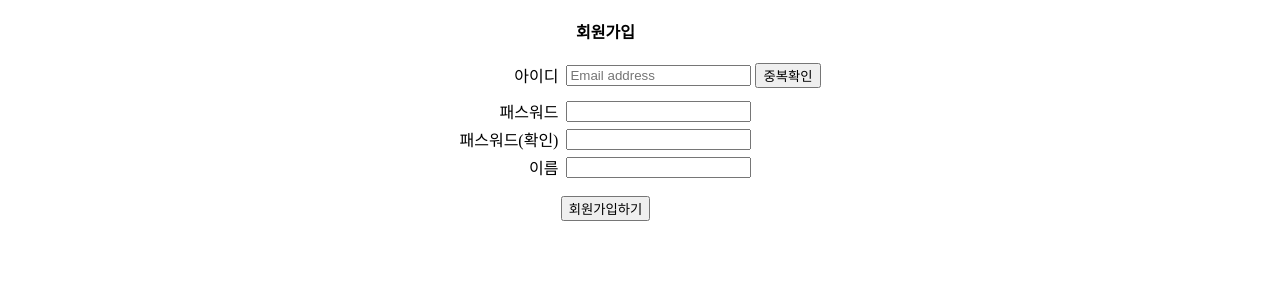
Repository: Dnut0121/2023_JSP
Page: http://localhost/Hello2/signupForm.jsp
These files come from the project's save history. The page is drawn as it stood at one moment and after the next save; the edit follows.
The browser window is 1280 px wide. The pictures show the whole page.
The page is served by Tomcat 9.

Above is the page before, as saved 2023-11-29 03:28:59.

After the next save:
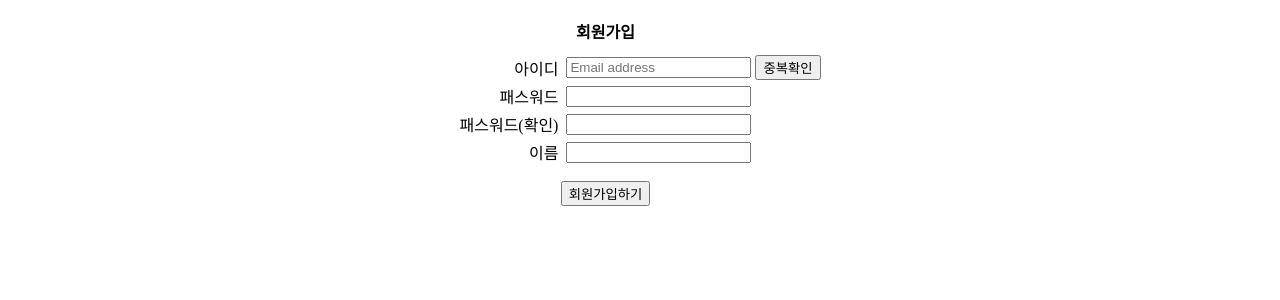
Saved 11 s later.
--- a/201907036_KDH/Hello2/src/main/webapp/signupForm.jsp
+++ b/201907036_KDH/Hello2/src/main/webapp/signupForm.jsp
@@ -13,7 +13,7 @@
 <tr>
     <td align=right>아이디&nbsp;</td>
     <td><input type="text" name="id" placeholder="Email address" required></td>
-    <td colsapn=2 align=center height=40><input type="button" value="중복확인" onclick="id_check()"></td>
+    <td><input type="button" value="중복확인" onclick="id_check()"></td>
 <script type = "text/javascript">
 	function id_check(id) {
 		if (id=="") {
